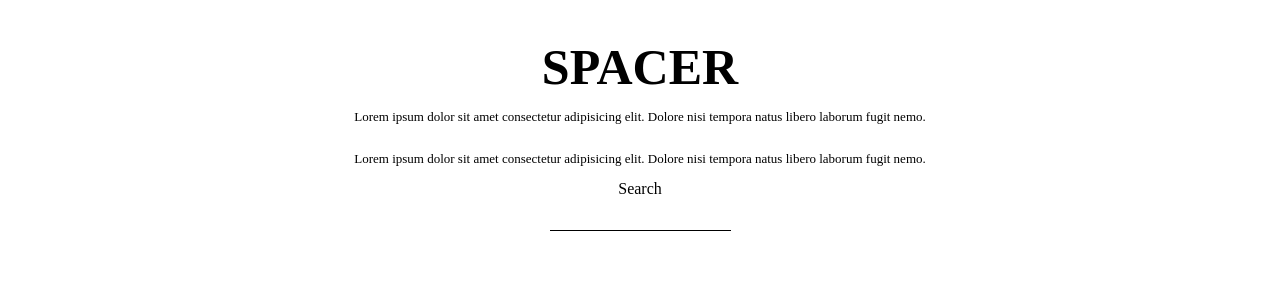
Repository: Trelefele/spacer-roman
Page: /
The author's editor kept a copy of each file at every save. The page is drawn from the files as they stood at one save, then again after the next save.
The browser window is 1280 px wide. The pictures show the whole page.
The project was rebuilt for these pictures with package versions that can differ from the ones it lists, and the page was loaded fresh each time.

Above is the page before, as saved 2019-02-03 18:03:15.

### public/index.html
<!DOCTYPE html>
<html lang="en">
  <head>
    <meta charset="utf-8">
    <meta http-equiv="X-UA-Compatible" content="IE=edge">
    <meta name="viewport" content="width=device-width,initial-scale=1.0">
    <link rel="icon" href="<%= BASE_URL %>favicon.ico">
    <!-- <script src="https://unpkg.com/axios/dist/axios.min.js"></script> -->
    <title>spacer-roman</title>
  </head>
  <body>
    <noscript>
      <strong>We're sorry but spacer-roman doesn't work properly without JavaScript enabled. Please enable it to continue.</strong>
    </noscript>
    <div id="app"></div>
    <!-- built files will be auto injected -->
  </body>
</html>

### src/App.vue
<template>
  <div class="app">
    <router-view/>
  </div>
</template>

<style lang="scss" scoped >
@import url('https://fonts.googleapis.com/css?family=Montserrat:300,400,600,800');

* {
  box-sizing: border-box;
}

body {
  font-family: 'Montserrat', sans-serif;
}

</style>

### src/router.js
import Vue from 'vue';
import Router from 'vue-router';
// import Home from './views/Home.vue';
import Search from './views/Search.vue';


Vue.use(Router);

export default new Router({
//   mode: 'history',
//   base: process.env.BASE_URL,
  routes: [
    {
      path: '/',
      name: 'Search',
      component: Search,
    },
  ],
});

### src/views/Search.vue
<template>
  <div class="searchWrapper">
    <Claim/>
  <div class="search"></div>
    <label for="search">Search</label>
    <input
      id="search"
      name="search"
      v-model="searchValue"
      @input="handleInput"
      />

  </div>
</template>

<script>
import axios from 'axios';
import debounce from 'lodash.debounce';
import Claim from '@/components/Claim.vue';

const API = 'https://images-api.nasa.gov/search';

export default {
  name: 'Search',
  components: {
    Claim,
  },
  data() {
    return {
      searchValue: '',
      results: [],
    };
  },
  methods: {
    // eslint-disable-next-line
    handleInput: debounce(function(){
      axios.get(`${API}?q=${this.searchValue}&media_type=image`)
        .then((response) => {
          // this.results = response.data.collection.items;
          this.results = response.data.collection.items;
        })
        .catch((error) => {
          console.log(error);
        });
    }, 500),
  },
};
</script>

<style lang="scss" scoped>
    .searchWrapper {
        display: flex;
        flex-direction: column;
        align-items: center;
        margin: 0;
        padding: 30px;
        width: 100%
    }
    .search {
        display: flex;
        flex-direction: column;
        width: 250px;
    }
    label {
    }
    input {
      height: 30px;
      border: 0;
      border-bottom: 1px solid black;
    }
</style>

### src/components/Claim.vue
<template>
    <div class="claimWrapper">
        <h1 class="claim">SPACER</h1>
        <p class="subclaim">
            Lorem ipsum dolor sit amet consectetur adipisicing elit.
            Dolore nisi tempora natus libero laborum fugit nemo.
        </p>
        <p class="subclaim">
            Lorem ipsum dolor sit amet consectetur adipisicing elit.
            Dolore nisi tempora natus libero laborum fugit nemo.
        </p>
    </div>
</template>

<script>

export default {
  name: 'Claim',
};

</script>

<style lang="scss" scoped>

* {
  box-sizing: border-box;
  -webkit-font-smoothing: antialiased;
  -moz-osx-font-smoothing: grayscale;
}


.claimWrapper{
    display: flex;
    flex-direction: column;
    justify-content: center;
    align-items: center;
}

.claim{
    font-size: 50px;
    margin: 0;
}

.subclaim{
    padding-top:  0 0 0;
    font-size: 13px;
}
</style>

Loaded but not shown: src/main.js (common file)

After the next save:
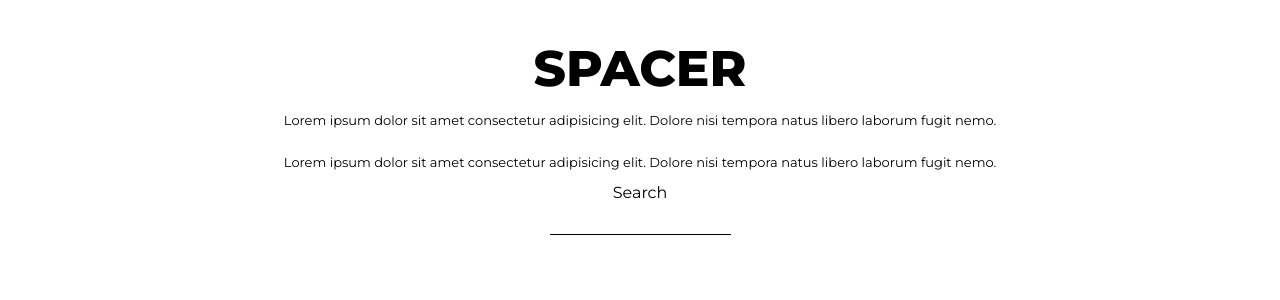
Saved 30 s later.
--- a/src/App.vue
+++ b/src/App.vue
@@ -11,7 +11,7 @@
   box-sizing: border-box;
 }
 
-body {
+* {
   font-family: 'Montserrat', sans-serif;
 }
 

After the save that followed:
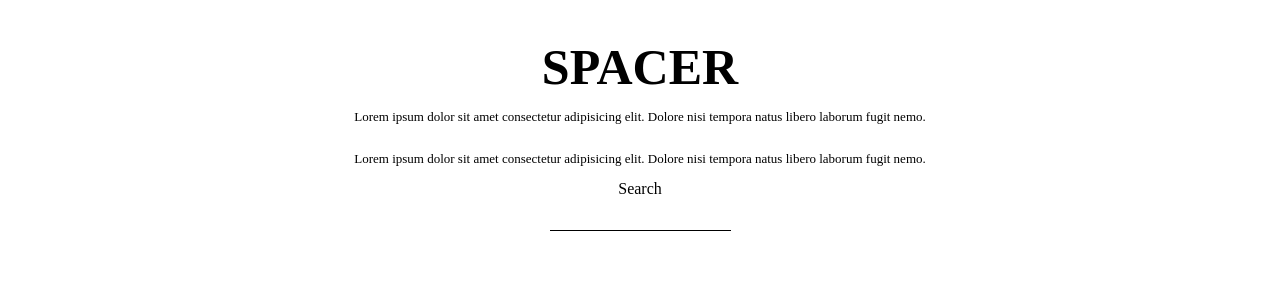
Saved 8 s later.
--- a/src/App.vue
+++ b/src/App.vue
@@ -11,7 +11,7 @@
   box-sizing: border-box;
 }
 
-* {
+body {
   font-family: 'Montserrat', sans-serif;
 }
 
